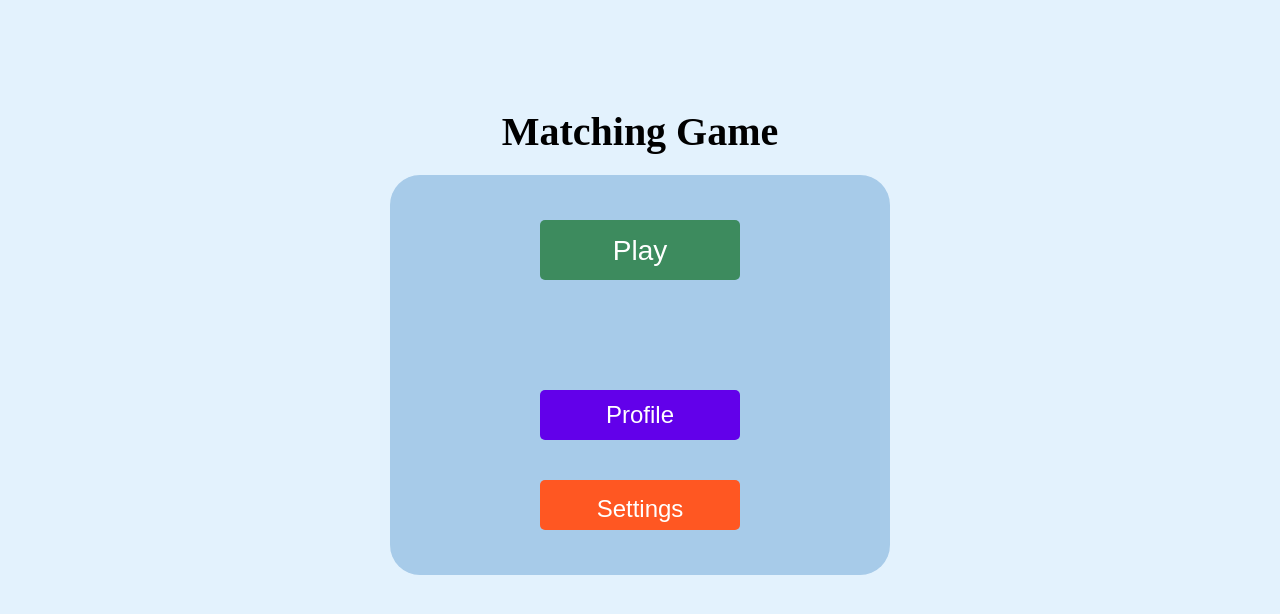
Repository: parnelltse/frontend2-courseproject
Page: /home
These files come from the project's save history. The page is drawn as it stood at one moment and after the next save; the edit follows.
The browser window is 1280 px wide. The pictures show the whole page.
The project was rebuilt for these pictures with package versions that can differ from the ones it lists, and the page was loaded fresh each time. Also part of the build but not shown: vite.config.js, src/pages/landing.jsx, src/components/BackButton.jsx, src/pages/gameoptions.jsx, src/pages/appsettings.jsx, src/pages/profilesettings.jsx, src/pages/gamehistory.jsx, src/pages/singleplayer.jsx and 4 more.

Above is the page before, as saved 2024-11-16 01:23:54.

After the next save:
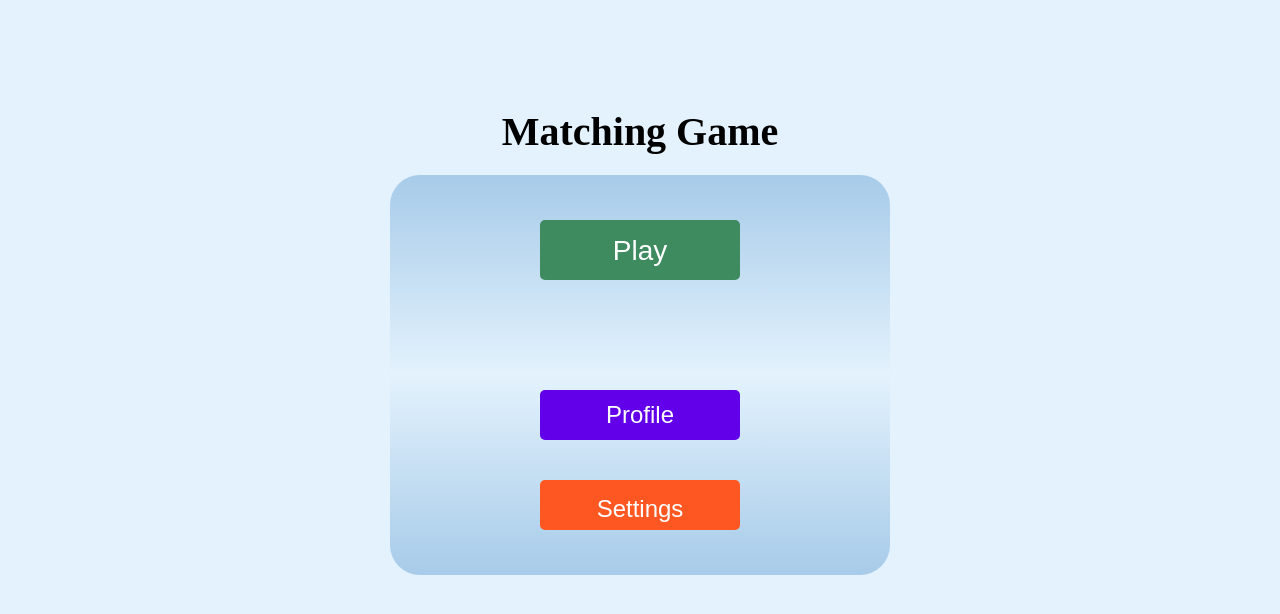
Saved 32 s later.
--- a/src/index.css
+++ b/src/index.css
@@ -299,32 +299,7 @@
   flex-direction: column;
   justify-content: center;
   border-radius: 30px;
-  position: relative; /* Needed for stacking the pseudo-element */
-  background: #a7cbe9;
-  z-index: 1; /* Ensures the pseudo-element stays behind the content */
-  overflow: hidden; /* Ensures the border animation doesn't spill outside */
-}
-
-.home-board::after {
-  content: '';
-  position: absolute;
-  top: -20px;
-  left: -20px;
-  right: -20px;
-  bottom: -200px;
-  border-radius: inherit; /* Matches the border radius of the parent */
-  background: transparent;
-  z-index: -1; /* Ensures the border appears behind the .home-board */
-  animation: border-animate 3s linear infinite; /* Smooth, infinite animation */
-}
-
-@keyframes border-animate {
-  0% {
-    background-position: 0% 0%;
-  }
-  100% {
-    background-position: 200% 0%;
-  }
+  background: linear-gradient(to bottom, #a7cbe9, rgba(255, 255, 255, 0), #a7cbe9);;
 }
 
 .play-btn {

After the save that followed:
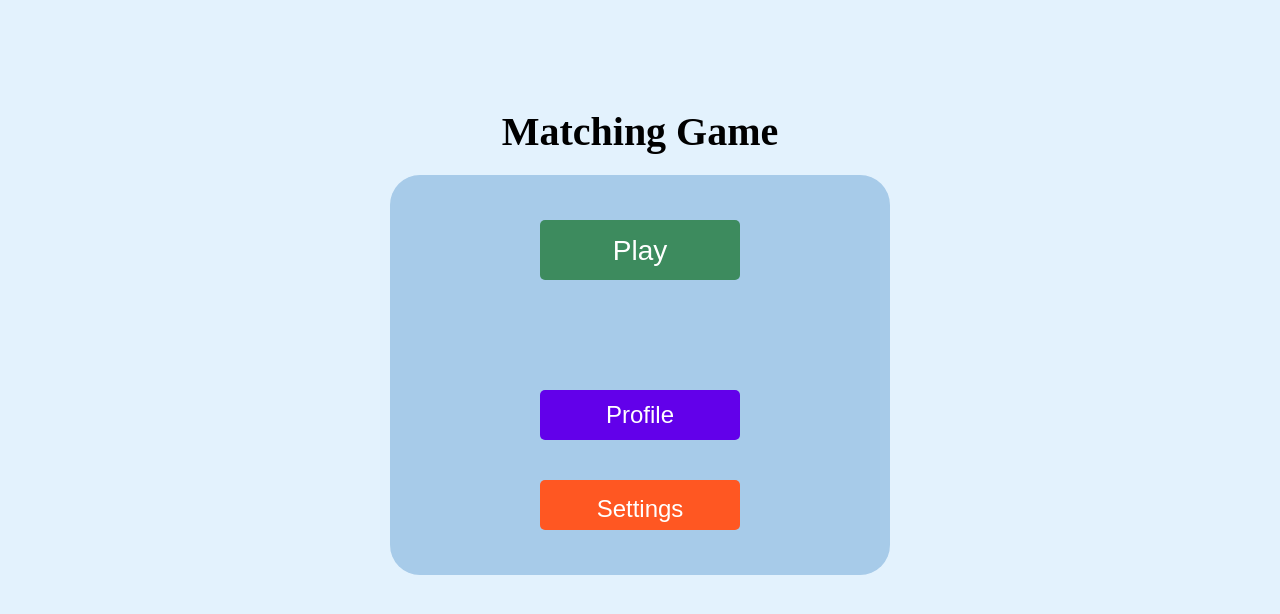
Saved 39 s later.
--- a/src/index.css
+++ b/src/index.css
@@ -299,7 +299,7 @@
   flex-direction: column;
   justify-content: center;
   border-radius: 30px;
-  background: linear-gradient(to bottom, #a7cbe9, rgba(255, 255, 255, 0), #a7cbe9);;
+  background: #a7cbe9;
 }
 
 .play-btn {
